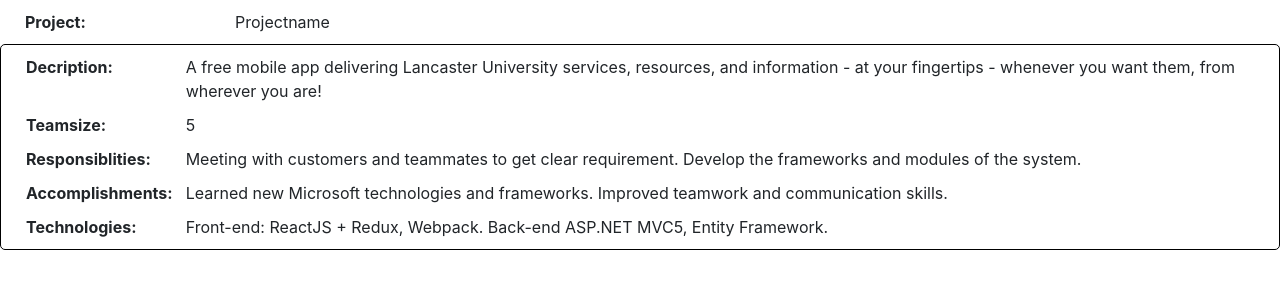
Repository: khoibanh113/mycv
Page: /
These files come from the project's save history. The page is drawn as it stood at one moment and after the next save; the edit follows.
The browser window is 1280 px wide. The pictures show the whole page.
The project was rebuilt for these pictures with package versions that can differ from the ones it lists, and the page was loaded fresh each time. Also part of the build but not shown: src/css/avatar.css, src/component/avatar.js, src/css/contact.css, src/component/contact.js, src/component/study.js.

Above is the page before, as saved 2021-03-31 14:11:30.

After the next save:
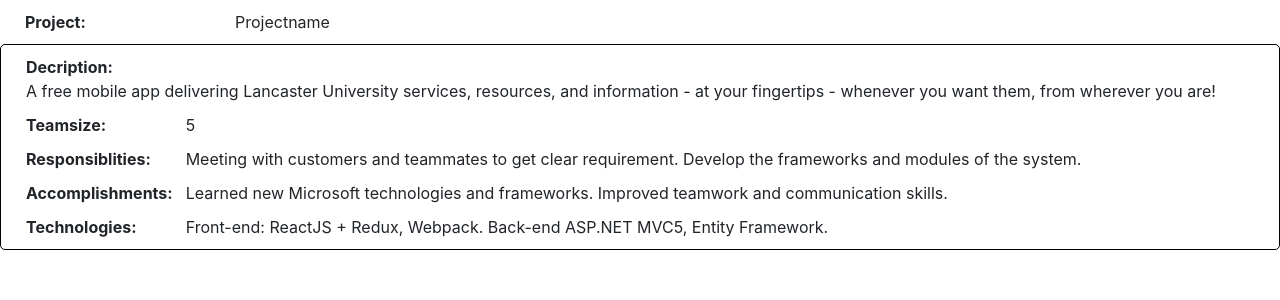
Saved 63 s later.
--- a/src/component/experience.js
+++ b/src/component/experience.js
@@ -9,17 +9,22 @@
             <div >
                 <div className="row row-experience">
                     <b className="col-2">Project:</b>
+                    <span className="col">Projectname</span>
                     <div className="detail-content">
-                        <span className="col">Projectname</span>
+
                     </div>
 
                 </div>
                 <div className='container-experience'>
                     <div className="row row-experience">
                         <b className="col-2 col-item">Decription:</b>
-                        <span className="col">
-                        A free mobile app delivering Lancaster University services, resources, and information - at your fingertips - whenever you want them, from wherever you are!
-                        </span>
+                        <div className="detail-content">
+                            <span className="col">
+                            A free mobile app delivering Lancaster University services, resources, and information - at your fingertips - whenever you want them, from wherever you are!
+                            </span>
+                        </div>
+
+
                     </div>
                     <div className="row row-experience">
                         <b className="col-2 col-item">Teamsize:</b>
